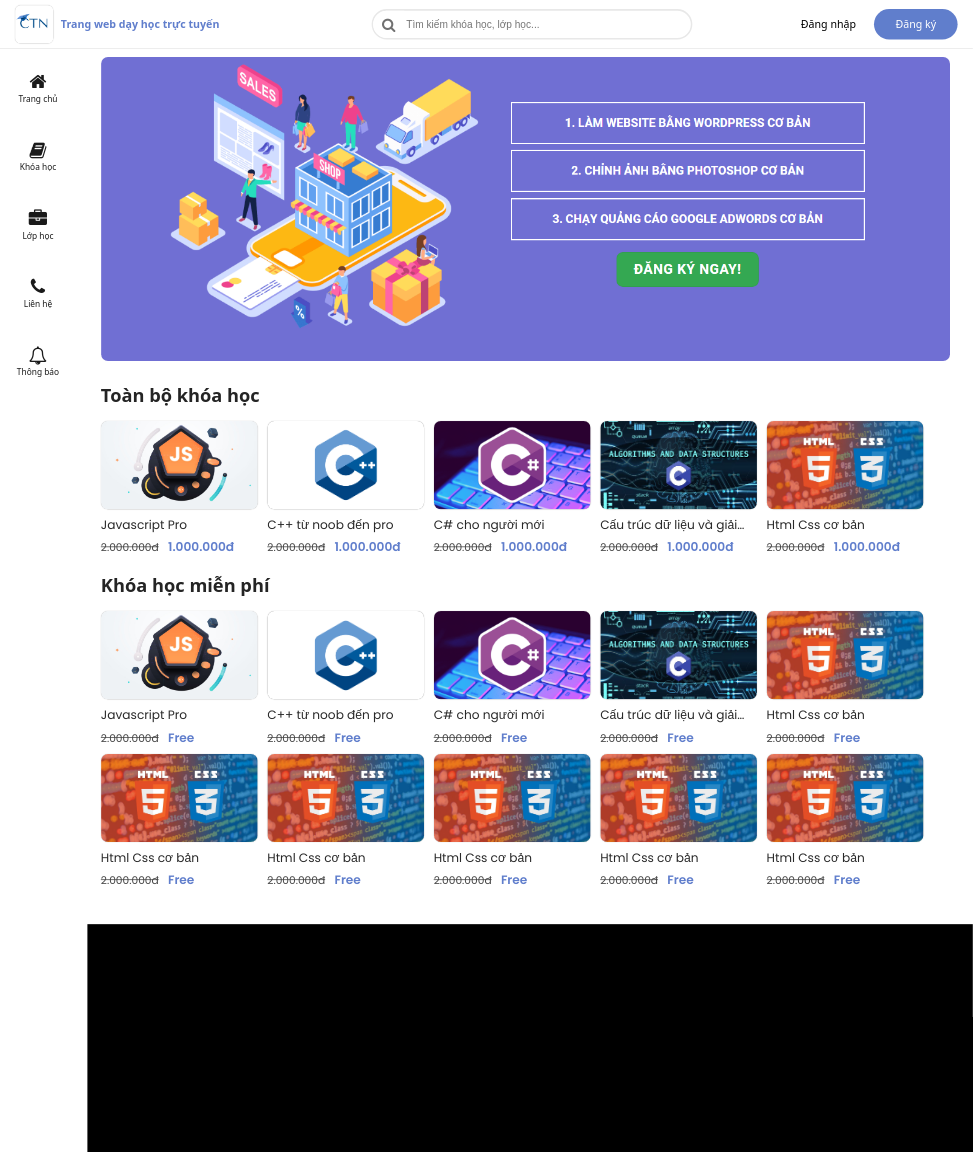
Repository: Nieday306/shophoaqua
Page: index.html
An editor plug-in stored every save of this project. The page is shown before and after the next save, followed by the edit.
The browser window is 1280 px wide. The pictures show the whole page, at 76% of full size.

Above is the page before, as saved 2024-05-23 18:41:07.

After the next save:
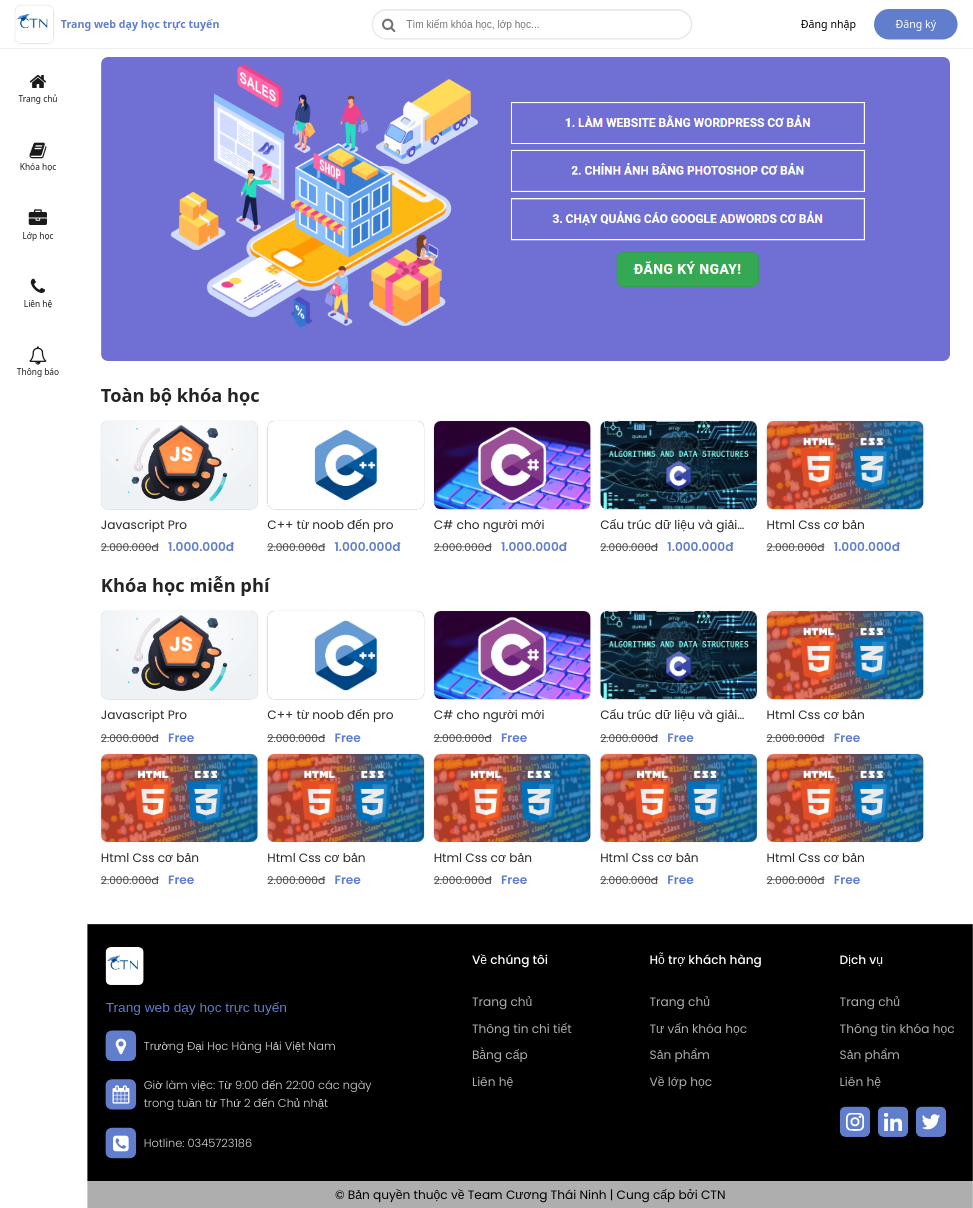
Saved 45 s later.
--- a/index.html
+++ b/index.html
@@ -8,6 +8,8 @@
     <!-- style css -->
     <link rel="stylesheet" href="./assets/css/style.css" />
     <!-- font  -->
+    <link rel="stylesheet" href="./assets/css/reponsive.css" />
+    <!-- responsive -->
     <link rel="stylesheet" href="./assets/font/stylesheet.css" />
     <title>CTN - Ứng dụng học lập trình trực tuyến</title>
     <!-- favicon -->
@@ -125,25 +127,25 @@
       <div class="sidebar">
         <ul class="sidebar__menu">
           <li class="sidebar__item">
-            <a href="#!" class="sidebar__desc"
+            <a href="/" class="sidebar__desc"
               ><i class="fa fa-home" style="font-size: 24px"></i
               ><span>Trang chủ</span></a
             >
           </li>
           <li class="sidebar__item">
-            <a href="#!" class="sidebar__desc"
+            <a href="./course.html" class="sidebar__desc"
               ><i class="fa fa-book" style="font-size: 24px"></i
               ><span>Khóa học</span></a
             >
           </li>
           <li class="sidebar__item">
-            <a href="#!" class="sidebar__desc"
+            <a href="./class.html" class="sidebar__desc"
               ><i class="fa fa-briefcase" style="font-size: 24px"></i
               ><span>Lớp học</span></a
             >
           </li>
           <li class="sidebar__item">
-            <a href="#!" class="sidebar__desc"
+            <a href="./callme.html" class="sidebar__desc"
               ><i class="fa fa-phone" style="font-size: 24px"></i
               ><span>Liên hệ</span></a
             >
@@ -413,6 +415,123 @@
       </div>
     </main>
     <!-- footer -->
-    <footer></footer>
+    <footer>
+      <div class="footer-body">
+        <div class="container footer__content">
+          <div class="footer__left">
+            <div class="nav__logo">
+              <a href="/"
+                ><img class="logo-img" src="./assets/img/logo.png" alt=""
+              /></a>
+            </div>
+            <p class="logo__desc">Trang web dạy học trực tuyến</p>
+            <div class="info-shop">
+              <!-- location -->
+              <i
+                class="fa fa-map-marker info__icon"
+                style="font-size: 24px"
+              ></i>
+              <span class="info-shop__desc"
+                >Trường Đại Học Hàng Hải Việt Nam</span
+              >
+            </div>
+            <!-- work time -->
+            <div class="info-shop">
+              <i class="fa fa-calendar info__icon" style="font-size: 24px"></i>
+              <span class="info-shop__desc"
+                >Giờ làm việc: Từ 9:00 đến 22:00 các ngày trong tuần từ Thứ 2
+                đến Chủ nhật</span
+              >
+            </div>
+            <!-- hotline -->
+            <div class="info-shop">
+              <i
+                class="fa fa-phone-square info__icon"
+                style="font-size: 24px"
+              ></i>
+              <a href="tel:0345723186" class="info-shop__desc"
+                >Hotline: 0345723186</a
+              >
+            </div>
+          </div>
+          <div class="footer__right">
+            <!-- menu 1 -->
+            <ul class="menu">
+              <li class="menu__title">Về chúng tôi</li>
+              <li class="menu__item">
+                <a href="#home">Trang chủ</a>
+              </li>
+              <li class="menu__item">
+                <a href="#!">Thông tin chi tiết</a>
+              </li>
+              <li class="menu__item">
+                <a href="#!">Bằng cấp</a>
+              </li>
+              <li class="menu__item">
+                <a href="#!">Liên hệ</a>
+              </li>
+            </ul>
+            <!-- menu 2 -->
+            <ul class="menu">
+              <li class="menu__title">Hỗ trợ khách hàng</li>
+              <li class="menu__item">
+                <a href="#home">Trang chủ</a>
+              </li>
+              <li class="menu__item">
+                <a href="#!">Tư vấn khóa học</a>
+              </li>
+              <li class="menu__item">
+                <a href="#!">Sản phẩm</a>
+              </li>
+              <li class="menu__item">
+                <a href="#!">Về lớp học</a>
+              </li>
+            </ul>
+            <!-- menu 3 -->
+            <ul class="menu">
+              <li class="menu__title">Dịch vụ</li>
+              <li class="menu__item">
+                <a href="#home">Trang chủ</a>
+              </li>
+              <li class="menu__item">
+                <a href="#!">Thông tin khóa học</a>
+              </li>
+              <li class="menu__item">
+                <a href="#!">Sản phẩm</a>
+              </li>
+
+              <li class="menu__item">
+                <a href="#!">Liên hệ</a>
+              </li>
+              <li class="social-network">
+                <a href="#!"
+                  ><img
+                    src="./assets/img/Instagram.svg"
+                    alt=""
+                    class="info__icon"
+                /></a>
+                <a href="#!"
+                  ><img
+                    src="./assets/img/linked_in.svg"
+                    alt=""
+                    class="info__icon"
+                /></a>
+                <a href="#!"
+                  ><img
+                    src="./assets/img/twitter.svg"
+                    alt=""
+                    class="info__icon"
+                /></a>
+              </li>
+            </ul>
+          </div>
+        </div>
+      </div>
+      <div class="exclusive">
+        <span class="exclusive__desc"
+          >© Bản quyền thuộc về Team Cương Thái Ninh | Cung cấp bởi CTN
+        </span>
+      </div>
+    </footer>
   </body>
 </html>
